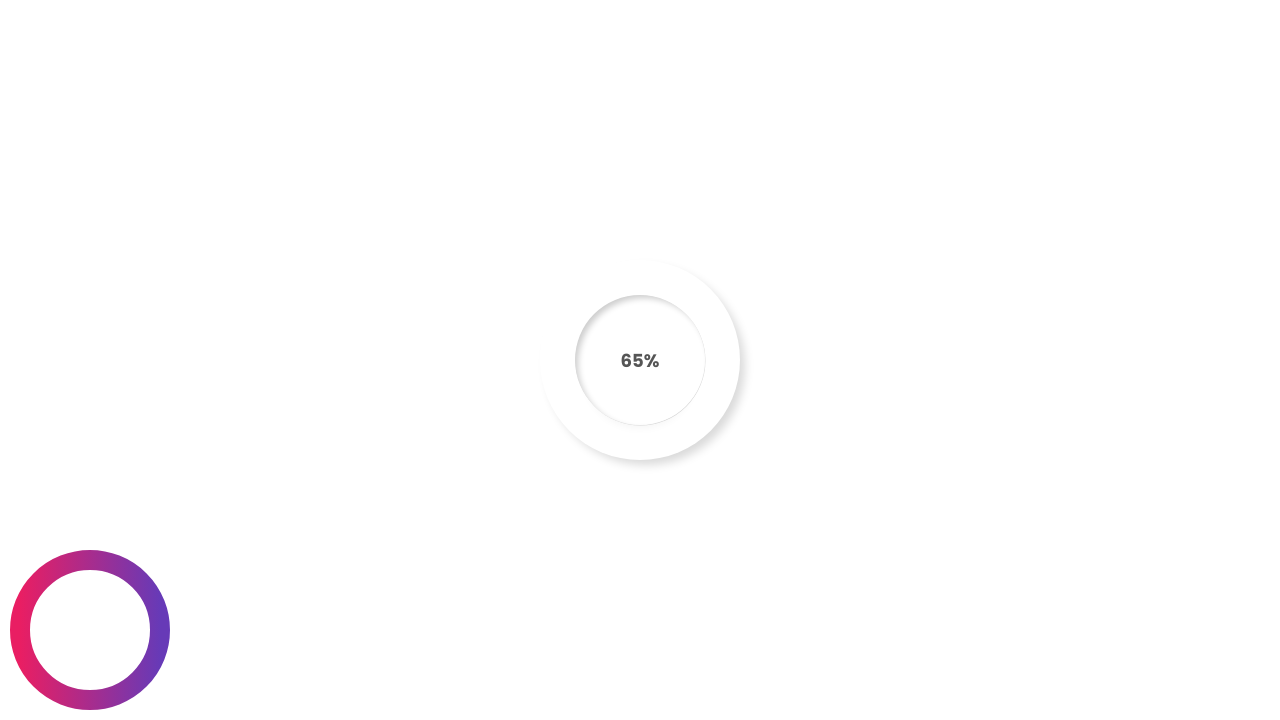
Repository: Ankitkr2021/Loader-Spinner
Page: index.html
An editor plug-in stored every save of this project. The page is shown before and after a run of saves, followed by the edit.
The browser window is 1280 px wide. The pictures show the whole page.

Above is the page before, as saved 2025-10-21 13:27:50.

### index.html
<!DOCTYPE html>
<html lang="en">
<head>
    <meta charset="UTF-8">
    <meta name="viewport" content="width=device-width, initial-scale=1.0">
    <title>Progress bar</title>
    <link rel="stylesheet" href="./style.css">
</head>
<body>
    <div class="circle">
        <div class="innercircle">
            <div id="number">65%</div>
        </div>
    </div>

    <svg xmlns="http://www.w3.org/2000/svg" version="1.1" width="160px" height="160px">
         <defs>
            <linearGradient id="GradientColor">
               <stop offset="0%" stop-color="#e91e63" />
               <stop offset="100%" stop-color="#673ab7" />
            </linearGradient>
         </defs>
         <circle cx="80" cy="80" r="70" stroke-linecap="round" />
 </svg>
</body>
</html>

### style.css
@import url('https://fonts.googleapis.com/css2?family=Poppins:wght@400;700&display=swap');

*{
    margin: 0;
    padding: 0;
    box-sizing: border-box;
    font-family: "Poppins",sans-serif;
}

body {
    display: flex;
    align-items: center;
    justify-content: center;
    height: 100vh;
    width: 100%;
}

.circle{
    display: flex;
    align-items: center;
    justify-content: center;
    height: 100vh;
    width: 200px;
    height: 200px;
    border-radius: 50%;
    padding: 35px;
    box-shadow: 6px 6px 10px -1px rgba(0,0,0,0.15),
                -6px -6px 10px -1px rgba(255,255,255,0.7);

}


.innercircle {
    width: 130px;
    height: 130px;
    border-radius: 50%;
    box-shadow: inset 4px 4px 6px -1px rgba(0,0,0,0.2),
                inset -4px -4px 6px -1px rgba(255,255,255,0.7), -0.5px -0.5px 0px rgba(255,255,255,1),  0.5px 0.5px 0px rgba(0,0,0,0.15), 0px 12px 10px -10px rgba(0,0,0,0.05);
}

#number {
    /* text-align: /center; */
     display: flex;
    align-items: center;
    justify-content: center;
    height: 100%;
    font-size: 18px;
    font-weight: 600;
    color: #555;
}

circle {
    fill: none;
    stroke: url(#GradientColor);
    stroke-width: 20px;
    stroke-dasharray: 472;
    stroke-dashoffset: 0;
}

svg {
    position: absolute;
    bottom: 10px;
    left: 10px;
}

After the next 2 saves:
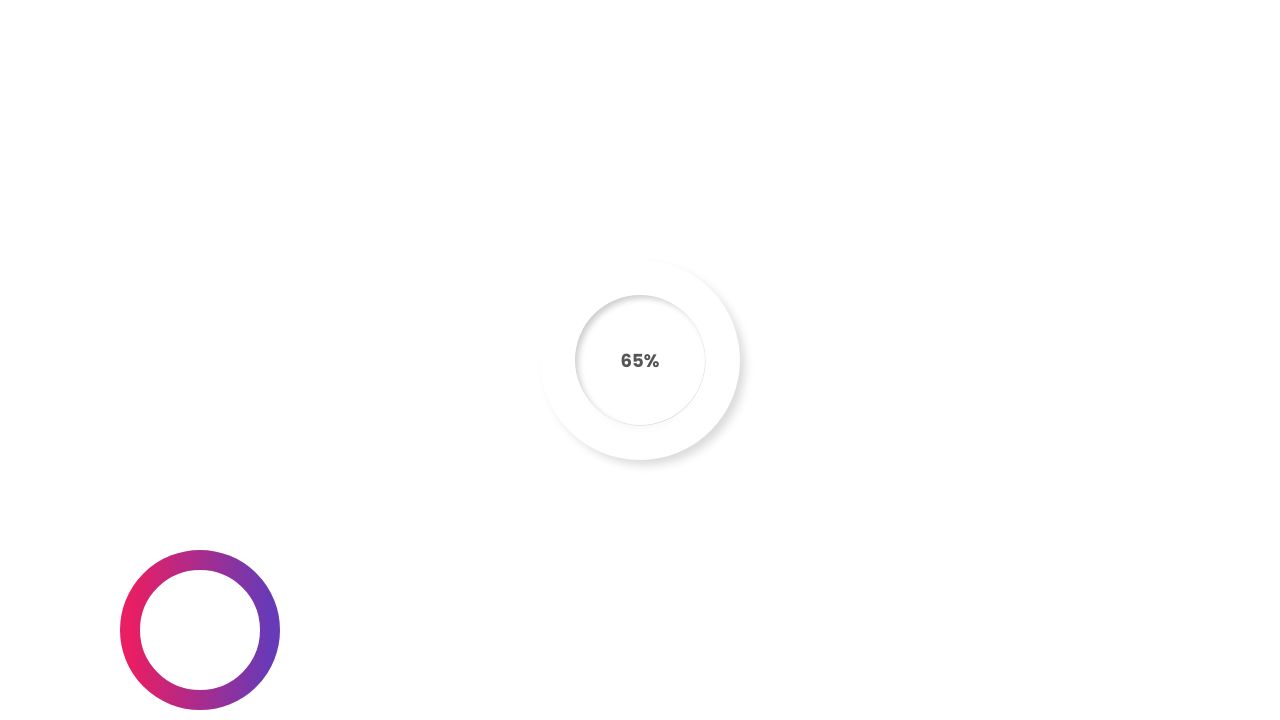
The 2 saves are shown as one change because they came seconds apart.
The last was saved 8 s later.
--- a/style.css
+++ b/style.css
@@ -60,5 +60,5 @@ circle {
 svg {
     position: absolute;
     bottom: 10px;
-    left: 10px;
+    left: 120px;
 }
